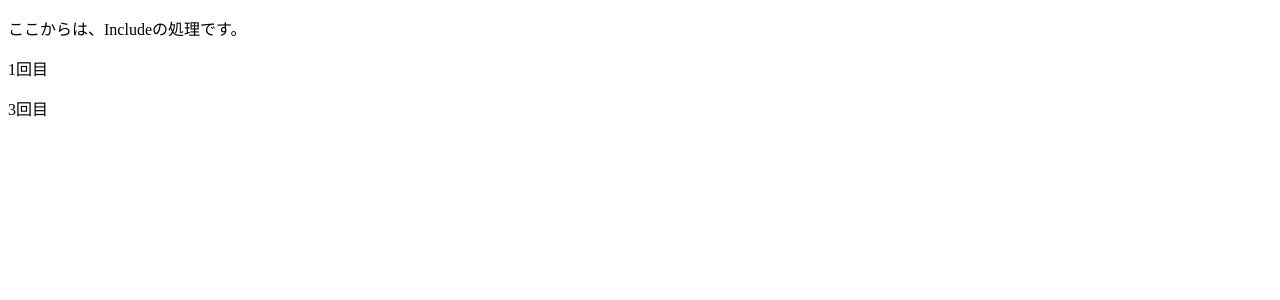
Repository: kodaihero/SpringFrameworkTutorial
Page: http://localhost/jsp/day2/include.jsp
These files come from the project's save history. The page is drawn as it stood at one moment and after the next save; the edit follows.
The browser window is 1280 px wide. The pictures show the whole page.
The page is served by Tomcat 9. Other server files are loaded and not shown.

Above is the page before, as saved 2022-05-17 01:11:14.

### jsp/src/main/webapp/day2/include.jsp
<%@ page language="java" contentType="text/html; charset=UTF-8"
	pageEncoding="UTF-8"%>
<!DOCTYPE html PUBLIC "-//W3C//DTD HTML 4.01 Transitional//EN" "http://www.w3.org/TR/html4/loose.dtd">
<meta http-equiv="Content-Type" content="text/html; charset=UTF-8">
<% out.print("<p>ここからは、Includeの処理です。</p>");
for(int i = 0; i <= 3; i++){
	i+=1;
%>
<p><%= (i + "回目") %></p>
<% }%>

After the next save:
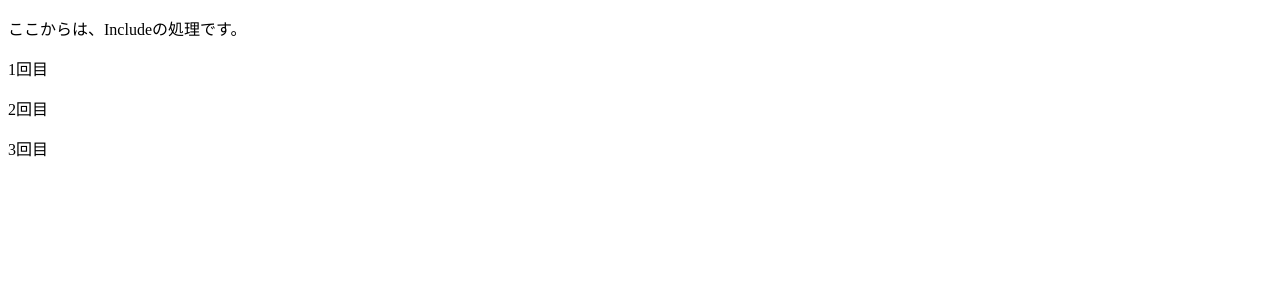
Saved 37 s later.
--- a/jsp/src/main/webapp/day2/include.jsp
+++ b/jsp/src/main/webapp/day2/include.jsp
@@ -3,8 +3,7 @@
 <!DOCTYPE html PUBLIC "-//W3C//DTD HTML 4.01 Transitional//EN" "http://www.w3.org/TR/html4/loose.dtd">
 <meta http-equiv="Content-Type" content="text/html; charset=UTF-8">
 <% out.print("<p>ここからは、Includeの処理です。</p>");
-for(int i = 0; i <= 3; i++){
-	i+=1;
+for(int i = 1; i <= 3; i++){
 %>
 <p><%= (i + "回目") %></p>
 <% }%>
